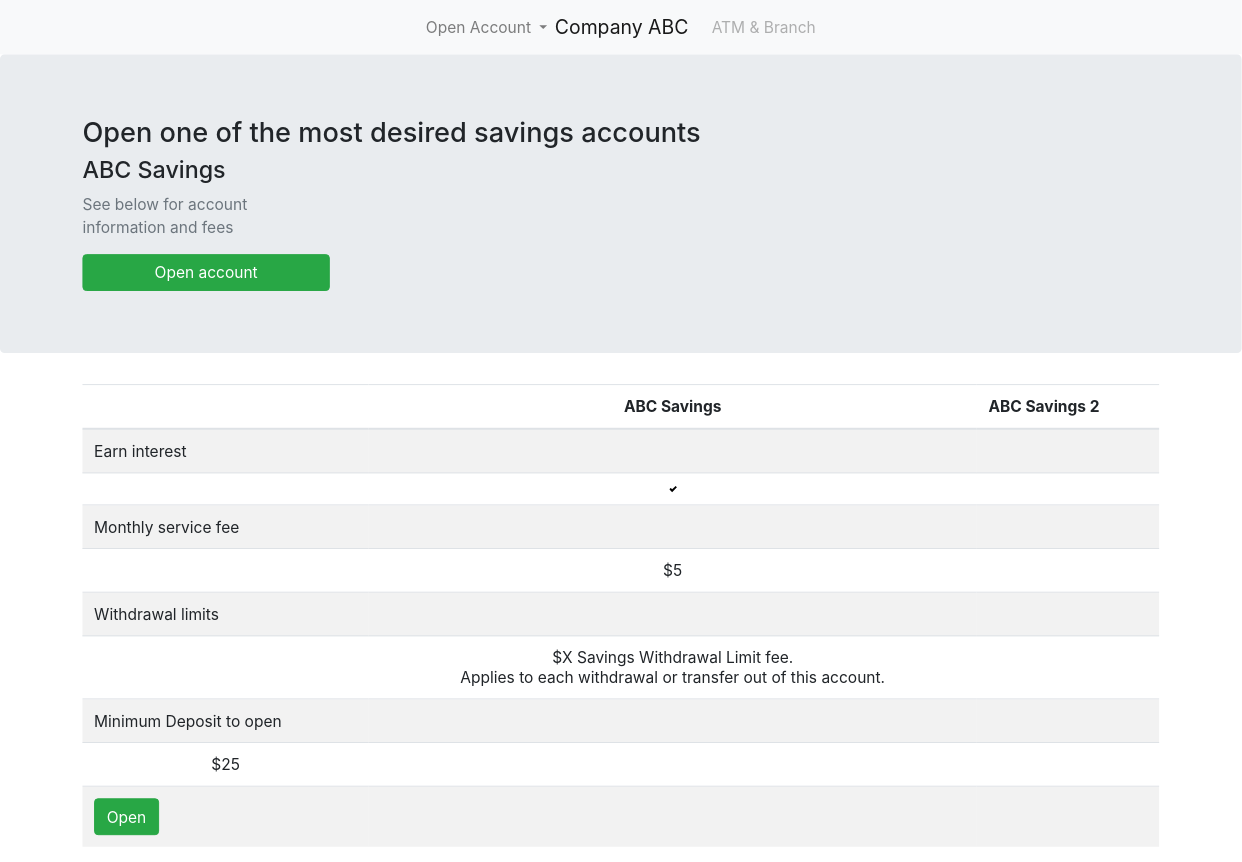
Repository: barriosan95/banking-opening-account-demo
Page: http://localhost/savings
The author's editor kept a record of every edit. The page is drawn from the files as they stood at one moment, then again after the next edit.
The browser window is 1280 px wide. The pictures show the whole page, at 97% of full size.
Some web fonts or font styles are not loaded; a fallback is used. Some web libraries are served in a nearby version. The page is served by the project's Node server (index.js).

Above is the page before.

After the next edit:
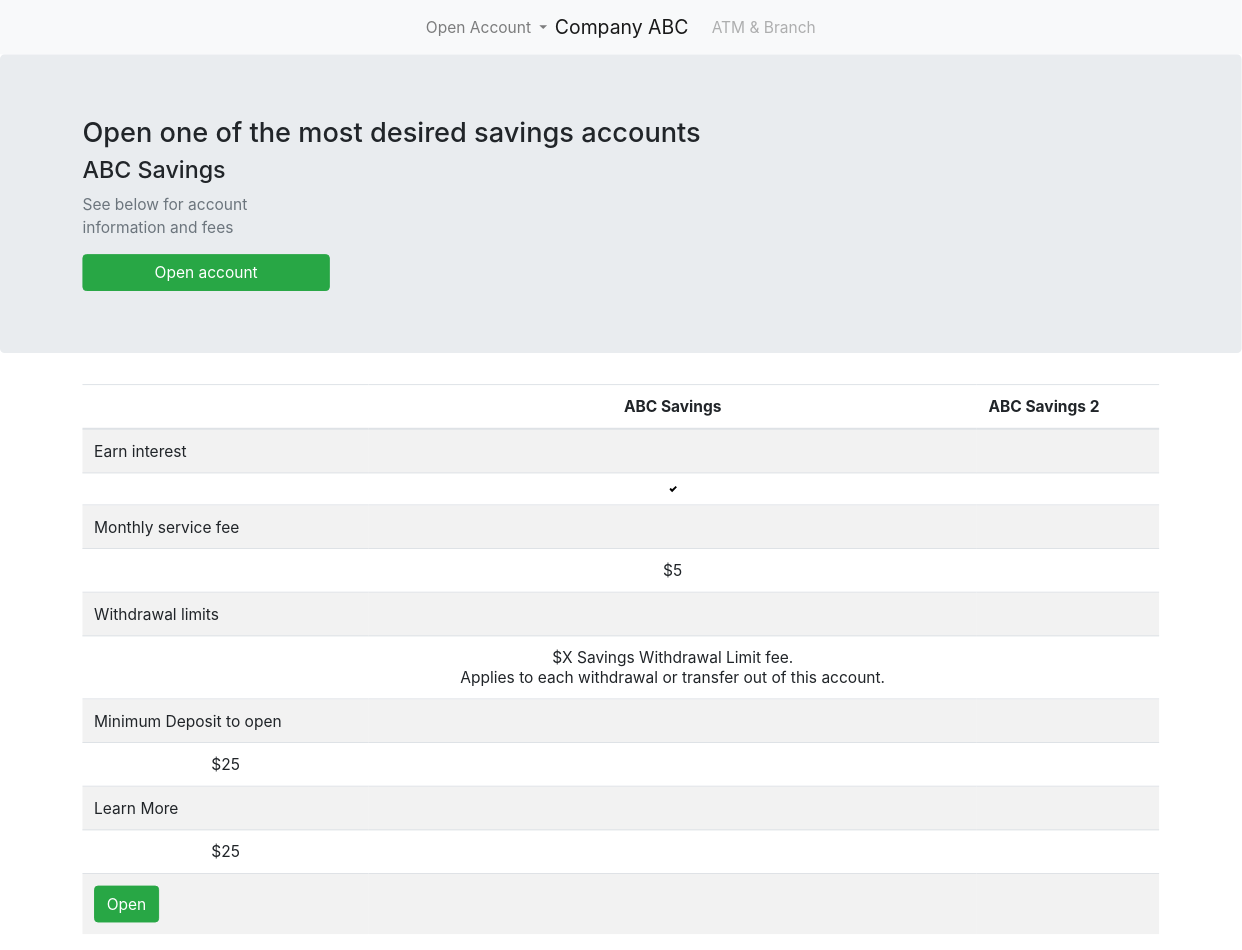
The edit:
--- a/views/savings.ejs
+++ b/views/savings.ejs
@@ -64,6 +64,16 @@
               <td></td>
             </tr>
             <tr>
+              <td> Learn More </td>
+              <td></td>
+              <td></td>
+            </tr>
+            <tr>
+              <td class="text-center"> $25 </td>
+              <td></td>
+              <td></td>
+            </tr>
+            <tr>
               <td> <button type="submit" class="btn btn-success">Open</button> </td>
               <td></td>
               <td></td>
